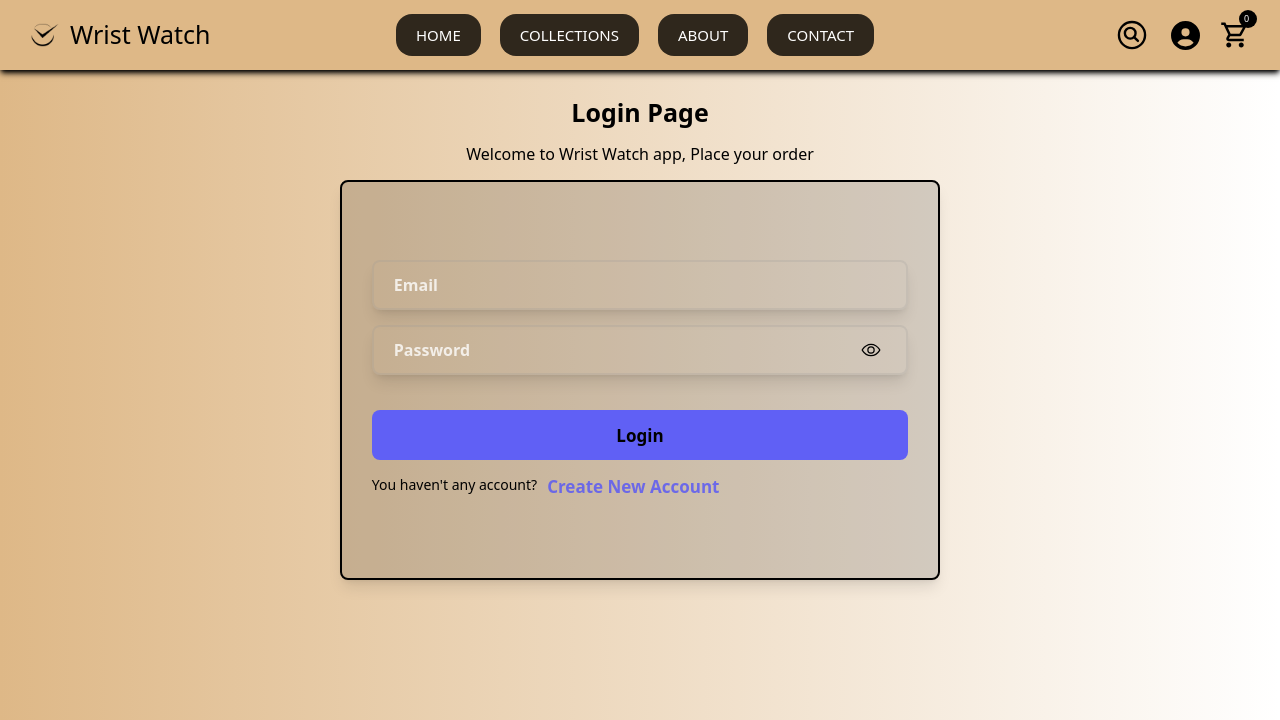
Repository: mansibhanushali/online_watch_ecommerce_mernstack_webapplication
Page: /placeorder (app in frontend/)
These files come from the project's save history. The page is drawn as it stood at one moment and after the next save; the edit follows.
The browser window is 1280 px wide. The pictures show the whole page.
The page's requests for data from a server got no answer. The project was rebuilt for these pictures with package versions that can differ from the ones it lists, and the page was loaded fresh each time. No one was signed in, and anything a server would have sent is missing. Also part of the build but not shown: frontend/vite.config.js, frontend/src/component/Loading.jsx, frontend/src/pages/Registration.jsx, frontend/src/component/Backgound.jsx, frontend/src/component/Title.jsx, frontend/src/component/Card.jsx, frontend/src/component/LatestCollection.jsx, frontend/src/component/BestSeller.jsx and 13 more.

Above is the page before, as saved 2025-08-15 21:56:30.

### frontend/index.html
<!doctype html>
<html lang="en">
  <head>
    <meta charset="UTF-8" />
    <link rel="icon" type="image/svg+xml" href="\logo1.png" />
    <meta name="viewport" content="width=device-width, initial-scale=1.0" />
    <title>Wristwatch</title>
  </head>
  <body>
    <div id="root"></div>
    <script type="module" src="/src/main.jsx"></script>
  </body>
</html>

### frontend/src/main.jsx
// src/main.jsx
import React from 'react';
import { createRoot } from 'react-dom/client';
import { BrowserRouter } from 'react-router-dom';
import './index.css';

import App from './App.jsx';
import AuthContext from './context/authContext.jsx';
import UserContextProvider from './context/UserContext.jsx';
import ShopContext from './context/ShopContext.jsx';

createRoot(document.getElementById('root')).render(
  <React.StrictMode>
    <BrowserRouter>
      <AuthContext>
        <UserContextProvider>
          <ShopContext>
            <App />
          </ShopContext>
        </UserContextProvider>
      </AuthContext>
    </BrowserRouter>
  </React.StrictMode>
);

### frontend/src/index.css
@import "tailwindcss";

body {
  @apply bg-white min-h-screen;
}

### frontend/src/App.jsx
import React, { useContext } from 'react';
import { Navigate, Route, Routes, useLocation } from 'react-router-dom';
import Registration from './pages/Registration';
import Home from './pages/Home';
import Login from './pages/Login';
import Nav from './component/Nav';
import { userDataContext } from './context/UserContext';
import About from './pages/About';
import Collections from './pages/Collections';
import Product from './pages/Product';
import Contact from './pages/Contact';
import ProductDetail from './pages/ProductDetail';
import Cart from './pages/Cart';
import PlaceOrder from './pages/PlaceOrder';
import Order from './pages/Order';
import { ToastContainer } from 'react-toastify';
import NotFound from './pages/NotFound';

function App() {
  const { userData } = useContext(userDataContext);
  const location = useLocation();

  // Protected route wrapper
  const ProtectedRoute = (Component) => {
    return userData ? (
      Component
    ) : (
      <Navigate to="/login" state={{ from: location.pathname }} />
    );
  };

  return (
    <>
      <ToastContainer />
      <Nav />
      <Routes>
        {/* Public Routes */}
        <Route path="/" element={<Home />} />
        <Route path="/about" element={<About />} />
        <Route path="/collection" element={<Collections />} />
        <Route path="/collection/:category" element={<Collections />} />
        <Route path="/product" element={<Product />} />
        <Route path="/contact" element={<Contact />} />

        {/* Auth Routes */}
        <Route
          path="/login"
          element={
            userData ? (
              <Navigate to={location.state?.from || '/'} />
            ) : (
              <Login />
            )
          }
        />
        <Route
          path="/signup"
          element={
            userData ? (
              <Navigate to={location.state?.from || '/'} />
            ) : (
              <Registration />
            )
          }
        />

        {/* Protected Routes */}
        <Route
          path="/productdetail/:productId"
          element={ProtectedRoute(<ProductDetail />)}
        />
        <Route path="/cart" element={ProtectedRoute(<Cart />)} />
        <Route path="/placeorder" element={ProtectedRoute(<PlaceOrder />)} />
        <Route path="/order" element={ProtectedRoute(<Order />)} />

        {/* 404 Fallback */}
        <Route path="*" element={<NotFound />} />
      </Routes>
    </>
  );
}

export default App;

### frontend/src/context/AuthContext.jsx
// src/context/AuthContext.jsx
import React, { createContext, useReducer, useEffect } from "react";
import axios from "axios";

const initialState = {
  user: null,
  token: null,
  isAuthenticated: false,
};

function reducer(state, action) {
  switch (action.type) {
    case "LOGIN":
      return {
        ...state,
        user: action.payload.user,
        token: action.payload.token,
        isAuthenticated: true,
      };
    case "LOGOUT":
      return initialState;
    default:
      return state;
  }
}

export const authDataContext = createContext();

function AuthContext({ children }) {
  const serverUrl = "http://localhost:8000";

  const [state, dispatch] = useReducer(reducer, initialState, () => {
    const token = localStorage.getItem("token");
    const user = localStorage.getItem("user");
    return token && user
      ? { token, user: JSON.parse(user), isAuthenticated: true }
      : initialState;
  });

  // axios defaults setup (runs whenever token changes)
  useEffect(() => {
    axios.defaults.baseURL = serverUrl;
    axios.defaults.withCredentials = true;

    if (state.token) {
      axios.defaults.headers.common["Authorization"] = `Bearer ${state.token}`;
      localStorage.setItem("token", state.token);
      localStorage.setItem("user", JSON.stringify(state.user));
    } else {
      delete axios.defaults.headers.common["Authorization"];
      localStorage.removeItem("token");
      localStorage.removeItem("user");
    }
  }, [state.token, state.user]);

  // Fetch current user from backend
  const fetchCurrentUser = async (token) => {
    try {
      const res = await axios.get("/api/user/getcurrentuser", {
        headers: { Authorization: `Bearer ${token}` }
      });
      return res.data;
    } catch (err) {
      console.error("Fetch current user error:", err.response?.data || err.message);
      return null;
    }
  };

  // Login and fetch user
  const login = async ({ token }) => {
    const user = await fetchCurrentUser(token);
    if (user) {
      dispatch({ type: "LOGIN", payload: { token, user } });
    }
  };

  const logout = () => dispatch({ type: "LOGOUT" });

  // Auto login when page refreshes
  useEffect(() => {
    const autoLogin = async () => {
      if (state.token && !state.user) {
        const user = await fetchCurrentUser(state.token);
        if (user) {
          dispatch({ type: "LOGIN", payload: { token: state.token, user } });
        }
      }
    };
    autoLogin();
  }, []);

  return (
    <authDataContext.Provider value={{ serverUrl, ...state, login, logout }}>
      {children}
    </authDataContext.Provider>
  );
}

export default AuthContext;

### frontend/src/context/UserContext.jsx
// src/context/UserContext.jsx
import React, { createContext, useContext, useEffect, useState } from 'react';
import { authDataContext } from './AuthContext';
import axios from 'axios';

export const userDataContext = createContext();

function UserContextProvider({ children }) {
  const [userData, setUserData] = useState(null);
  const { serverUrl } = useContext(authDataContext);

  const getCurrentUser = async () => {
    try {
      // ✅ Cookie-based request
      const result = await axios.get(`${serverUrl}/api/user/getcurrentuser`, {
        withCredentials: true, // Cookie automatically send होगी
      });

      if (result.data?.success) {
        setUserData(result.data.user);
      } else {
        setUserData(null);
      }
    } catch (error) {
      setUserData(null);
      console.error("getCurrentUser error:", error);
    }
  };

  // 🔹 Page load pe call
  useEffect(() => {
    getCurrentUser();
  }, []);

  return (
    <userDataContext.Provider value={{ userData, setUserData, getCurrentUser }}>
      {children}
    </userDataContext.Provider>
  );
}

export default UserContextProvider;

### frontend/src/context/ShopContext.jsx
import React, { createContext, useContext, useEffect, useState, useCallback } from 'react';
import { authDataContext } from './authContext';
import { userDataContext } from './UserContext';
import axios from 'axios';
import { toast } from 'react-toastify';

export const shopDataContext = createContext();

function ShopContextProvider({ children }) {
  const [products, setProducts] = useState([]);
  const [search, setSearch] = useState('');
  const { userData } = useContext(userDataContext);
  const [showSearch, setShowSearch] = useState(false);
  const { serverUrl } = useContext(authDataContext);
  const [cartItem, setCartItem] = useState({});
  const [loading, setLoading] = useState(false);
  const [token, setToken] = useState(localStorage.getItem("token") || "");

  const currency = '₹';
  const delivery_fee = 40;

  // token sync
  useEffect(() => {
    const savedToken = localStorage.getItem("token");
    if (savedToken) {
      setToken(savedToken);
    }
  }, []);

  // ✅ Get products
  const getProducts = useCallback(async () => {
    if (!serverUrl) return;
    try {
      const result = await axios.get(`${serverUrl}/api/product/list`);
      setProducts(result.data);
    } catch (error) {
      console.error("Get Products Error:", error);
    }
  }, [serverUrl]);

  // ✅ Add to cart
  const addtoCart = async (itemId) => {
    let cartData = structuredClone(cartItem);
    cartData[itemId] = (cartData[itemId] || 0) + 1;
    setCartItem(cartData);

    if (userData && token) {
      setLoading(true);
      try {
        await axios.post(
          `${serverUrl}/api/cart/add`,
          { itemId },
          {
            headers: { Authorization: `Bearer ${token}` },
            withCredentials: true
          }
        );
      } catch (error) {
        console.error(error);
        toast.error("Add Cart Error");
      } finally {
        setLoading(false);
      }
    }
  };

  // ✅ Get user cart
  const getUserCart = useCallback(async () => {
    if (!token || !serverUrl) return;
    try {
      const result = await axios.post(
        `${serverUrl}/api/cart/get`,
        {},
        {
          headers: { Authorization: `Bearer ${token}` },
          withCredentials: true
        }
      );
      setCartItem(result.data || {});
    } catch (error) {
      console.error("Get User Cart Error:", error);
    }
  }, [serverUrl, token]);

  // ✅ Update cart item quantity
  const updateQuantity = async (itemId, quantity) => {
    let cartData = structuredClone(cartItem);
    cartData[itemId] = quantity;
    setCartItem(cartData);

    if (userData && token) {
      try {
        await axios.post(
          `${serverUrl}/api/cart/update`,
          { itemId, quantity },
          {
            headers: { Authorization: `Bearer ${token}` },
            withCredentials: true
          }
        );
      } catch (error) {
        console.error(error);
      }
    }
  };

  // ✅ Total cart items count
  const getCartCount = () => {
    return Object.values(cartItem).reduce((acc, qty) => acc + qty, 0);
  };

  // ✅ Total cart amount
  const getCartAmount = () => {
    let totalAmount = 0;
    for (const itemId in cartItem) {
      let itemInfo = products.find((product) => product._id === itemId);
      if (itemInfo && cartItem[itemId] > 0) {
        totalAmount += itemInfo.price * cartItem[itemId];
      }
    }
    return totalAmount;
  };

  // Fetch products and cart
  useEffect(() => {
    getProducts();
  }, [getProducts]);

  useEffect(() => {
    getUserCart();
  }, [getUserCart]);

  let value = {
    products,
    currency,
    delivery_fee,
    getProducts,
    search,
    setSearch,
    showSearch,
    setShowSearch,
    cartItem,
    addtoCart,
    getCartCount,
    setCartItem,
    updateQuantity,
    getCartAmount,
    loading,
    serverUrl,
    setToken,
    token
  };

  return (
    <shopDataContext.Provider value={value}>
      {children}
    </shopDataContext.Provider>
  );
}

export default ShopContextProvider;

### frontend/src/pages/Login.jsx
import React, { useState, useContext } from 'react';
import { useNavigate } from 'react-router-dom';
import { IoEyeOutline, IoEye } from "react-icons/io5";
import Logo from "../assets/logo.png";
import { authDataContext } from '../context/AuthContext';
import { userDataContext } from '../context/UserContext';
import Loading from '../component/Loading';
import axios from 'axios';
import { toast } from 'react-toastify';

function Login() {
  const [show, setShow] = useState(false);
  const [email, setEmail] = useState("");
  const [password, setPassword] = useState("");
  const [loading, setLoading] = useState(false);

  const { serverUrl, login } = useContext(authDataContext);
  const { getCurrentUser } = useContext(userDataContext);
  const navigate = useNavigate();

  const handleLogin = async (e) => {
    e.preventDefault();
    setLoading(true);

    try {
      const { data } = await axios.post(
        `${serverUrl}/api/auth/login`,
        { email, password },
        { withCredentials: true }
      );

      if (!data?.token || !data?.user) {
        toast.error("Invalid response from server");
        return;
      }

      // ✅ Context + LocalStorage me save hoga automatically via AuthContext
      login({ token: data.token, user: data.user });

      // ✅ User fresh data fetch karna (agar zarurat ho)
      await getCurrentUser(data.token);

      toast.success(`Welcome, ${data.user.name || "User"}!`);
      navigate("/");
    } catch (error) {
      toast.error(error.response?.data?.message || "User Login Failed");
    } finally {
      setLoading(false);
    }
  };

  return (
    <div className='w-[100vw] h-[100vh] bg-gradient-to-l from-[burlwood] to-[burlywood] text-black flex flex-col items-center justify-start'>
      {/* Logo */}
      <div
        className='w-full h-[80px] flex items-center px-[30px] gap-[10px] cursor-pointer'
        onClick={() => navigate("/")}
      >
        <img className='w-[40px]' src={Logo} alt="Logo" />
        <h1 className='text-[22px] font-sans'>Wrist Watch</h1>
      </div>

      {/* Heading */}
      <div className='w-full h-[100px] flex flex-col items-center justify-center gap-[10px]'>
        <span className='text-[25px] font-semibold'>Login Page</span>
        <span className='text-[16px]'>Welcome to Wrist Watch app, Place your order</span>
      </div>

      {/* Form */}
      <div className='max-w-[600px] w-[90%] h-[400px] bg-[#00000025] border-2 border-[black] rounded-lg shadow-lg flex items-center justify-center'>
        <form onSubmit={handleLogin} className='w-[90%] flex flex-col items-center gap-[20px]'>
          <div className='w-full flex flex-col gap-[15px] relative'>
            <input
              type="email"
              className='w-full h-[50px] border-[2px] border-[#96969635] rounded-lg shadow-lg bg-transparent placeholder-[#ffffffc7] px-[20px] font-semibold'
              placeholder='Email'
              required
              value={email}
              onChange={(e) => setEmail(e.target.value)}
            />

            <input
              type={show ? "text" : "password"}
              className='w-full h-[50px] border-[2px] border-[#96969635] rounded-lg shadow-lg bg-transparent placeholder-[#ffffffc7] px-[20px] font-semibold'
              placeholder='Password'
              required
              value={password}
              onChange={(e) => setPassword(e.target.value)}
            />

            {show ? (
              <IoEye
                className='w-[20px] h-[20px] cursor-pointer absolute right-[5%] top-[80px]'
                onClick={() => setShow(!show)}
              />
            ) : (
              <IoEyeOutline
                className='w-[20px] h-[20px] cursor-pointer absolute right-[5%] top-[80px]'
                onClick={() => setShow(!show)}
              />
            )}

            <button
              type="submit"
              disabled={loading}
              className='w-full h-[50px] bg-[#6060f5] rounded-lg mt-[20px] flex items-center justify-center text-[17px] font-semibold'
            >
              {loading ? <Loading /> : "Login"}
            </button>

            <p className='flex gap-[10px] text-sm'>
              You haven't any account?
              <span
                className='text-[#5555f6cf] text-[17px] font-semibold cursor-pointer'
                onClick={() => navigate("/signup")}
              >
                Create New Account
              </span>
            </p>
          </div>
        </form>
      </div>
    </div>
  );
}

export default Login;

Loaded but not shown: frontend/src/component/Nav.jsx (137 lines, source omitted)

After the next save:
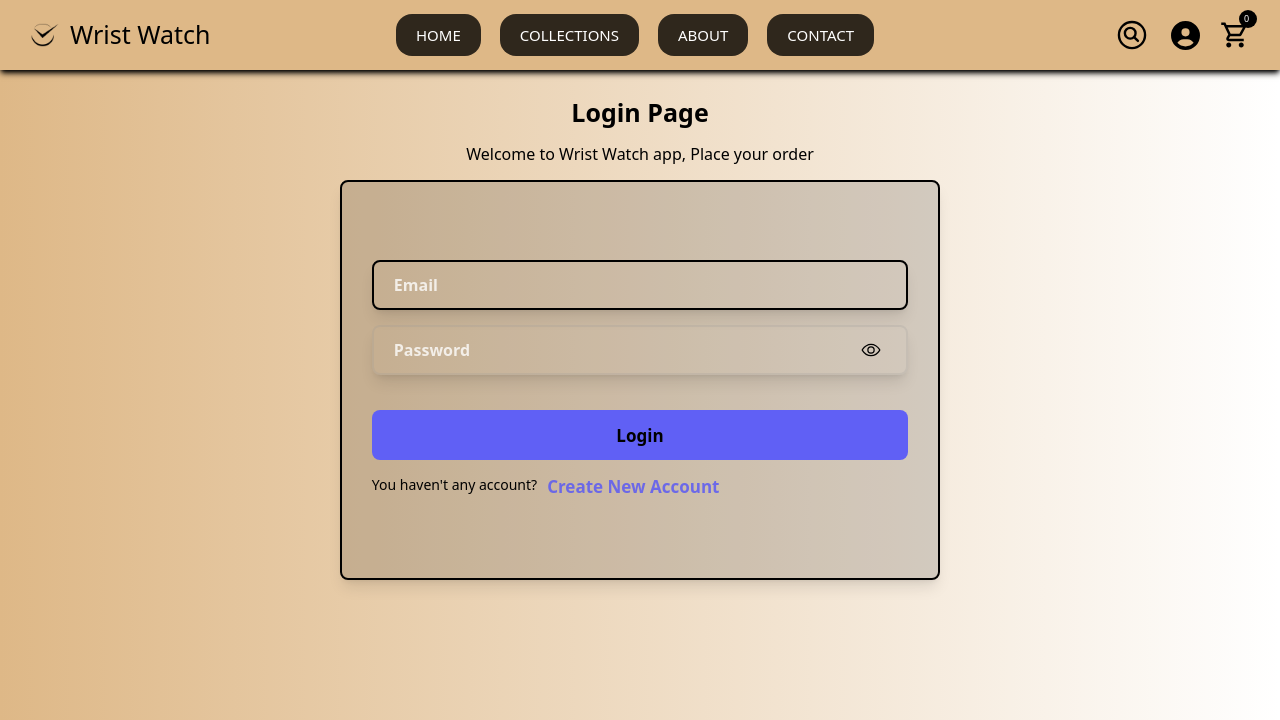
Saved 29 s later.
--- a/frontend/src/pages/Login.jsx
+++ b/frontend/src/pages/Login.jsx
@@ -72,7 +72,7 @@ function Login() {
           <div className='w-full flex flex-col gap-[15px] relative'>
             <input
               type="email"
-              className='w-full h-[50px] border-[2px] border-[#96969635] rounded-lg shadow-lg bg-transparent placeholder-[#ffffffc7] px-[20px] font-semibold'
+              className='w-full h-[50px] border-[2px] border-[black] rounded-lg shadow-lg bg-transparent placeholder-[#ffffffc7] px-[20px] font-semibold'
               placeholder='Email'
               required
               value={email}
